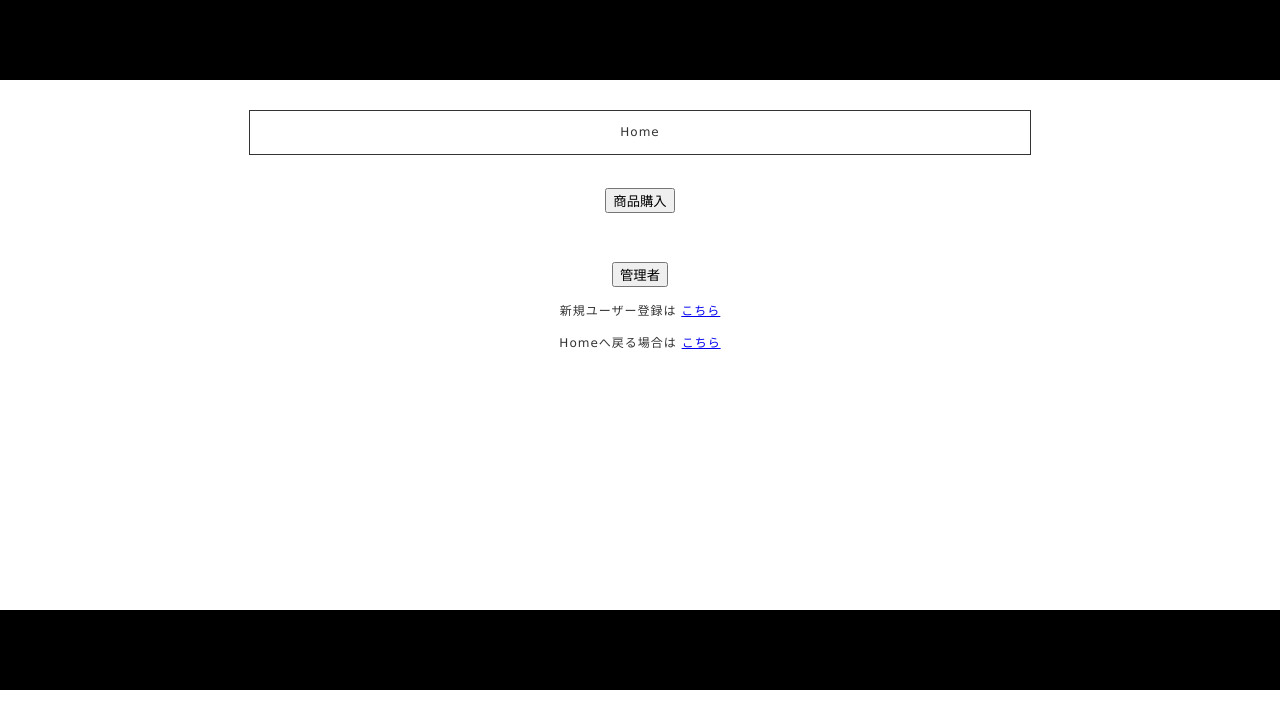
Repository: user-yo-yo/test
Page: http://localhost/ecsite/
The author's editor kept a copy of each file at every save. The page is drawn from the files as they stood at one save, then again after the next save.
The browser window is 1280 px wide. The pictures show the whole page.
The page is served by Tomcat 9. Other server files are loaded and not shown.

Above is the page before, as saved 2019-03-11 06:49:33.

### ecsite/WebContent/home.jsp
<%@ page language="java" contentType="text/html; charset=UTF-8"
    pageEncoding="UTF-8"%>
<%@ taglib prefix="s" uri="/struts-tags"%>
<!DOCTYPE html>
<html>
<head>
<meta http-equiv="Content-Type" content="text/html; charset=UTF-8" />
<meta http-equiv="Content-Style-Type" content="text/css" />
<meta http-equiv="Content-Script-Type" content="text/javascript" />
<meta http-equiv="imagetoolbar" content="no" />
<meta name="description" content="" />
<meta name="keywords" content="" />
<title>Home画面</title>

<style type="text/css">
/* ========TAG LAYOUT======== */
body{
	margin:0;
	padding:0;
	line-height:1.6;
	letter-spacing:1px;
	font-family:Verdana,Helvetica,sans-serif;
	font-size:12px;
	color:#333;
	background:#fff;
}

table{
	text-align:center;
	margin:0 auto;
}

/* ========ID LAYOUT======== */
#top{
	width:780px;
	margin:30px auto;
	border:1px solid #333;
}

#header{
	width:100%;
	height:80px;
	background-color:black;
}

#main{
	width:100%;
	height:500px;
	text-align:center;
}

#footer{
	width:100%;
	height:80px;
	background-color:black;
	clear:both;
}

#text-center{
	display:inline-block;
	text-align:center;
}

</style>

</head>
<body>
	<div id="header">
		<div id="pr">
		</div>
	</div>
	<div id="main">
		<div id="top">
			<p>Home</p>
		</div>
		<div id="text-center">
			<s:form action="HomeAction">
				<s:submit value="商品購入" />
			</s:form>
			<s:if test="#session.id != null">
				<p>ログアウトする場合は
				<a href='<s:url action="LogoutAction" />'>こちら</a>
				</p>
			</s:if>
			<p><br></p>
			<s:form action="AdminAction">
				<s:submit value="管理者" />
			</s:form>
		</div>
		<div id="text-link">
				<p>新規ユーザー登録は
					<a href='<s:url action="UserCreateAction" />'>こちら</a>
				</p>
				<p>Homeへ戻る場合は
					<a href='<s:url action="GoHomeAction" />'>こちら</a>
				</p>
			</div>
	</div>
	<div id="footer">
		<div id="pr">
		</div>
	</div>
</body>
</html>

After the next save:
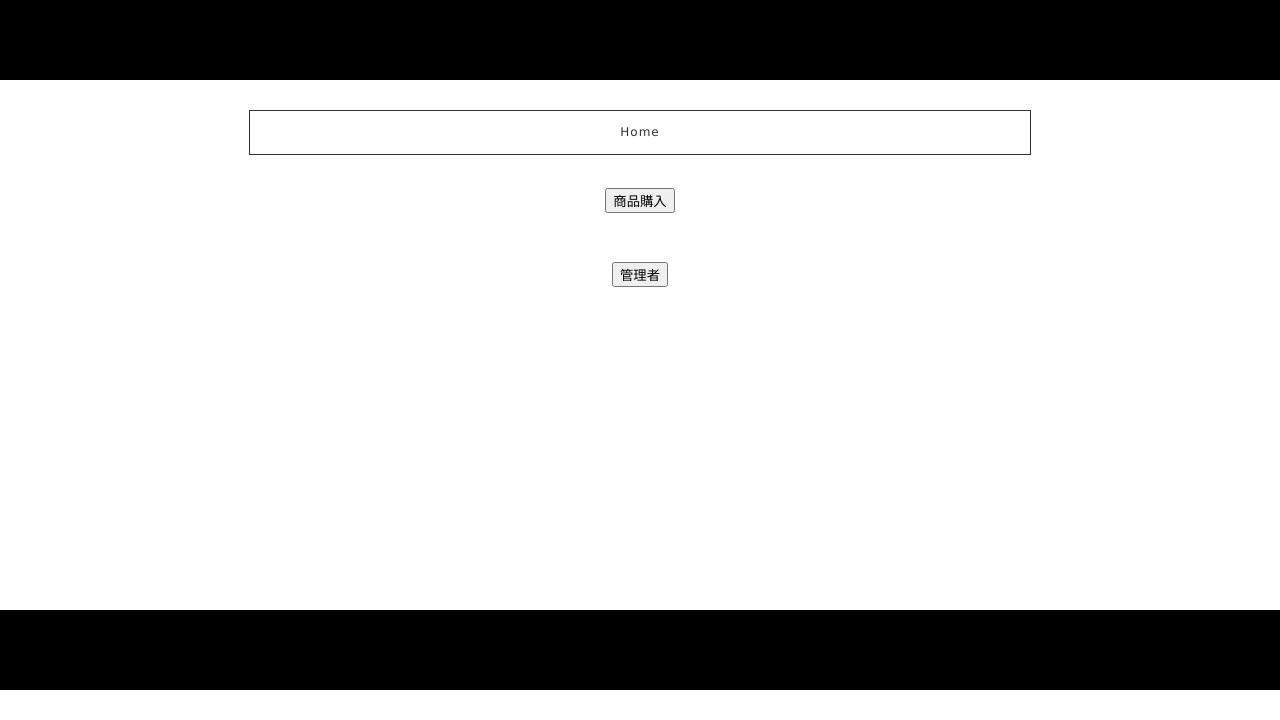
Saved 7 s later.
--- a/ecsite/WebContent/home.jsp
+++ b/ecsite/WebContent/home.jsp
@@ -87,14 +87,6 @@
 				<s:submit value="管理者" />
 			</s:form>
 		</div>
-		<div id="text-link">
-				<p>新規ユーザー登録は
-					<a href='<s:url action="UserCreateAction" />'>こちら</a>
-				</p>
-				<p>Homeへ戻る場合は
-					<a href='<s:url action="GoHomeAction" />'>こちら</a>
-				</p>
-			</div>
 	</div>
 	<div id="footer">
 		<div id="pr">
